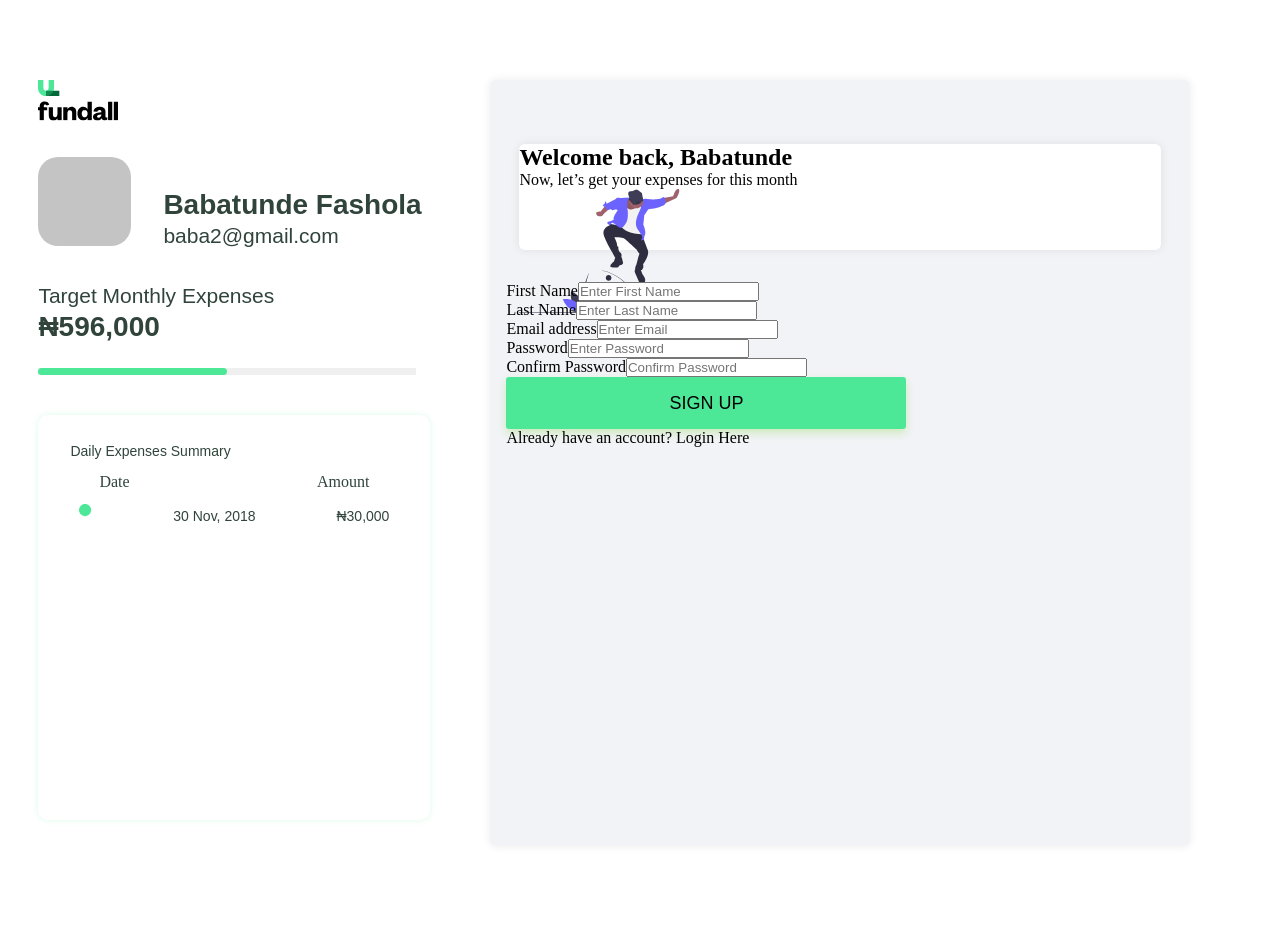
Repository: nilesjamex/niffty
Page: /dashboard
The author's editor kept a copy of each file at every save. The page is drawn from the files as they stood at one save, then again after the next save.
The browser window is 1280 px wide. The pictures show the whole page.
The project was rebuilt for these pictures with package versions that can differ from the ones it lists, and the page was loaded fresh each time. Also part of the build but not shown: src/components/Nav.vue, src/views/Home.vue, src/views/SignUp.vue, src/views/Login.vue.

Above is the page before, as saved 2022-04-17 09:35:06.

After the next save:
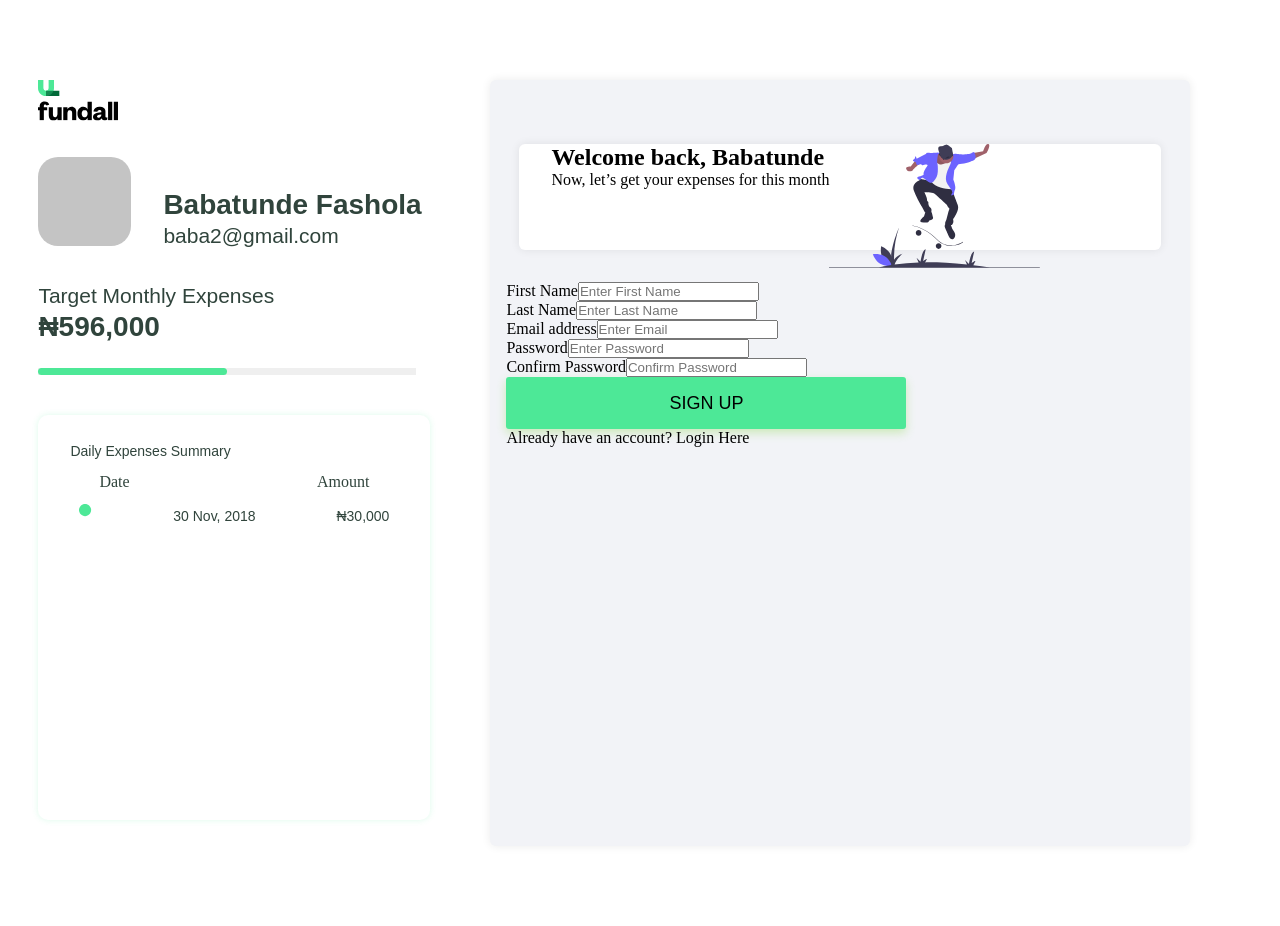
Saved 49 s later.
--- a/src/views/Dashboard.vue
+++ b/src/views/Dashboard.vue
@@ -226,5 +226,8 @@ export default {
   box-shadow: 0px 0px 10px rgba(0, 0, 0, 0.082937);
   border-radius: 6px;
   margin: 2rem auto;
+  padding: 0 2rem;
+  display: flex;
+  position: relative;
 }
 </style>
